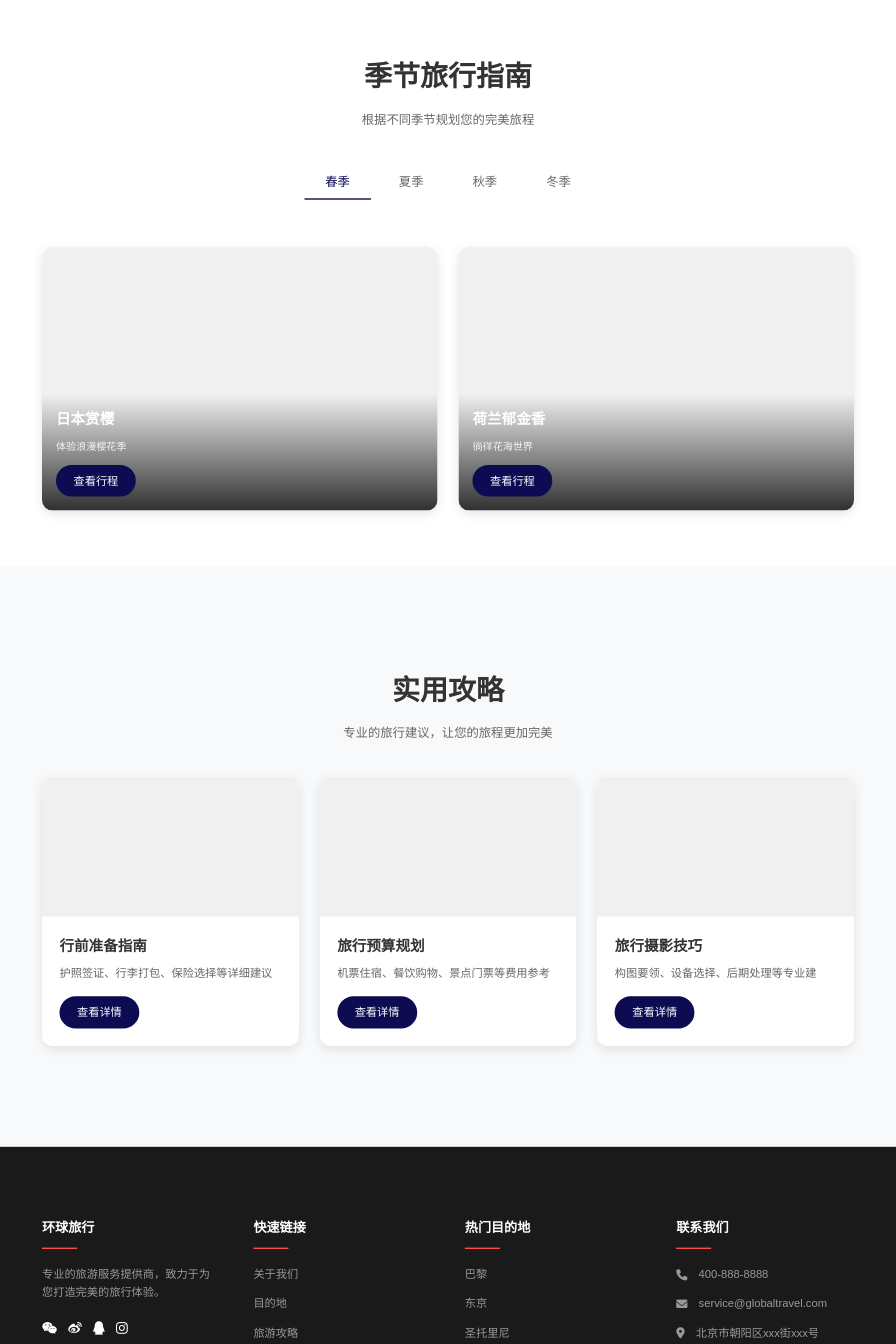
Repository: huang-heavenly-Emperor/travel_1
Page: pages/guide.html
An editor plug-in stored every save of this project. The page is shown before and after the next save, followed by the edit.
The browser window is 1280 px wide. The pictures show the part of the page from y = 1516 to 3436 px (the page is 3590 px tall before and 3560 px after), at 70% of full size.
Empty fields were first filled with sample values (such as "Sample", 5 or name@example.com).
After loading, the first visible `button.tab` was clicked once.

Above is the page before, as saved 2024-11-18 06:00:21.

### pages/guide.html
<!DOCTYPE html>
<html lang="zh-CN">

<head>
  <meta charset="UTF-8">
  <meta name="viewport" content="width=device-width, initial-scale=1.0">
  <title>旅游指南 - 环球旅行</title>
  <link rel="stylesheet" href="../css/themes.css">
  <link rel="stylesheet" href="../css/ux.css">
  <link rel="stylesheet" href="../css/style.css">
  <link rel="stylesheet" href="../css/guide.css">
  <link rel="stylesheet" href="https://cdnjs.cloudflare.com/ajax/libs/font-awesome/6.0.0/css/all.min.css">

  <script src="../js/ux.js" defer></script>
  <script src="../js/theme.js" defer></script>
</head>

<body>
    <!-- 导航栏 -->
    <nav class="main-nav">
      <div class="nav-logo">
          <h1>环球旅行</h1>
      </div>

      <!-- 汉堡菜单按钮 -->
      <div class="hamburger">
          <span></span>
          <span></span>
          <span></span>
      </div>

      <!-- 导航菜单 -->
      <div class="nav-menu">
          <ul class="nav-links">
              <li><a href="../index.html" class="nav-hover">首页</a></li>
              <li><a href="./about.html">关于我们</a></li>
              <li><a href="#">目的地</a></li>
              <li><a href="./guide.html">旅游指南</a></li>
              <li><a href="pages/news-events.html">新闻活动</a></li>
              <li><a href="#">联系我们</a></li>
          </ul>
          <div class="theme-switch">
            <button class="theme-toggle" aria-label="切换主题">
                <i class="fas fa-sun light-icon"></i>
                <i class="fas fa-moon dark-icon"></i>
            </button>
        </div>
          <div class="nav-auth">
              <a href="pages/login.html" class="btn-login">登录</a>
              <a href="pages/register.html" class="btn-register">注册</a>
          </div>
      </div>
  </nav>

  <!-- 页面头部 -->
  <header class="guide-header" style="background-image: url('https://images.unsplash.com/photo-1469474968028-56623f02e42e?w=1600&h=900&auto=format&fit=crop')">
      <div class="header-content">
          <h1>旅游指南</h1>
          <p>探索世界每个角落，发现旅行的无限可能</p>
      </div>
  </header>
  <!-- 主要内容 -->
  <main>
    <!-- 搜索区域 -->
    <section class="search-section">
      <div class="container">
        <div class="search-box">
          <input type="text" placeholder="搜索目的地、攻略、游记...">
          <button type="submit"><i class="fas fa-search"></i></button>
        </div>
        <div class="popular-tags">
          <span>热门搜索：</span>
          <a href="#">日本</a>
          <a href="#">泰国</a>
          <a href="#">马尔代夫</a>
          <a href="#">意大利</a>
        </div>
      </div>
    </section>

    <!-- 目的地推荐 -->
    <section class="destinations">
      <div class="container">
        <div class="section-header">
          <h2>热门目的地</h2>
          <p>发现最受欢迎的旅游胜</p>
        </div>
        <div class="destination-grid">
          <!-- 东京 -->
          <div class="destination-card hover-lift">
            <div class="card-image">
              <img src="https://images.unsplash.com/photo-1540959733332-eab4deabeeaf?w=800&h=600&auto=format&fit=crop" alt="东京" loading="lazy" class="img-scale">
              <span class="destination-tag">亚洲</span>
            </div>
            <div class="card-content scroll-reveal">
              <h3>东京</h3>
              <p>传统与现代交融的未来之城</p>
              <div class="card-meta">
                <span><i class="fas fa-map-marker-alt"></i> 日本</span>
                <span><i class="fas fa-star"></i> 4.8</span>
              </div>
              <a href="#" class="btn-more ripple">了解更多</a>
            </div>
          </div>

          <!-- 巴黎 -->
          <div class="destination-card hover-lift">
            <div class="card-image">
              <img src="https://images.unsplash.com/photo-1502602898657-3e91760cbb34?w=800&h=600&auto=format&fit=crop" alt="巴黎" loading="lazy" class="img-scale">
              <span class="destination-tag">欧洲</span>
            </div>
            <div class="card-content scroll-reveal">
              <h3>巴黎</h3>
              <p>浪漫之都，艺术的殿堂</p>
              <div class="card-meta">
                <span><i class="fas fa-map-marker-alt"></i> 法国</span>
                <span><i class="fas fa-star"></i> 4.7</span>
              </div>
              <a href="#" class="btn-more ripple">了解更多</a>
            </div>
          </div>

          <!-- 巴厘岛 -->
          <div class="destination-card hover-lift">
            <div class="card-image">
              <img src="https://images.unsplash.com/photo-1537996194471-e657df975ab4?w=800&h=600&auto=format&fit=crop" alt="巴厘岛" loading="lazy" class="img-scale">
              <span class="destination-tag">东南亚</span>
            </div>
            <div class="card-content scroll-reveal">
              <h3>巴厘岛</h3>
              <p>热带天堂，自然与文化的完美融合</p>
              <div class="card-meta">
                <span><i class="fas fa-map-marker-alt"></i> 印度尼西亚</span>
                <span><i class="fas fa-star"></i> 4.6</span>
              </div>
              <a href="#" class="btn-more ripple">了解更多</a>
            </div>
          </div>
        </div>
      </div>
    </section>

    <!-- 季节推荐 -->
    <section class="seasonal-guides">
      <div class="container">
        <div class="section-header">
          <h2>季节旅行指南</h2>
          <p>根据不同季节规划您的完美旅程</p>
        </div>
        <div class="season-tabs">
          <button class="tab active" data-season="spring">春季</button>
          <button class="tab" data-season="summer">夏季</button>
          <button class="tab" data-season="autumn">秋季</button>
          <button class="tab" data-season="winter">冬季</button>
        </div>
        <div class="season-content active" id="spring">
          <div class="season-grid">
            <div class="season-item">
              <img src="https://images.unsplash.com/photo-1522383225653-ed111181a951?w=800&h=600&auto=format&fit=crop" alt="春季旅行" loading="lazy">
              <div class="season-info">
                <h3>日本赏樱</h3>
                <p>体验浪漫樱花季</p>
                <a href="#" class="btn-more ripple">查看行程</a>
              </div>
            </div>
            <div class="season-item">
              <img src="https://images.unsplash.com/photo-1465146344425-f00d5f5c8f07?w=800&h=600&auto=format&fit=crop" alt="春季旅行" loading="lazy">
              <div class="season-info">
                <h3>荷兰郁金香</h3>
                <p>徜徉花海世界</p>
                <a href="#" class="btn-more ripple">查看行程</a>
              </div>
            </div>
          </div>
        </div>
      </div>
    </section>

    <!-- 实用攻略 -->
    <section class="travel-tips">
      <div class="container">
        <div class="section-header">
          <h2>实用攻略</h2>
          <p>专业的旅行建议，让您的旅程更加完美</p>
        </div>
        <div class="tips-grid">
          <article class="tip-card">
            <div class="tip-image">
              <img src="https://images.unsplash.com/photo-1527631746610-bca00a040d60?w=800&h=600&auto=format&fit=crop" alt="行前��备" loading="lazy">
            </div>
            <div class="tip-content">
              <h3>行前准备指南</h3>
              <p>护照签证、行李打包、保险选择等详细建议</p>
              <a href="#" class="btn-more ripple">查看详情</a>
            </div>
          </article>

          <article class="tip-card">
            <div class="tip-image">
              <img src="https://images.unsplash.com/photo-1554224155-8d04cb21cd6c?w=800&h=600&auto=format&fit=crop" alt="旅行预算" loading="lazy">
            </div>
            <div class="tip-content">
              <h3>旅行预算规划</h3>
              <p>机票住宿、餐饮购物、景点门票等费用参考</p>
              <a href="#" class="btn-more ripple">查看详情</a>
            </div>
          </article>

          <article class="tip-card">
            <div class="tip-image">
              <img src="https://images.unsplash.com/photo-1452421822248-d4c2b47f0c81?w=800&h=600&auto=format&fit=crop" alt="旅行摄影" loading="lazy">
            </div>
            <div class="tip-content">
              <h3>旅行摄影技巧</h3>
              <p>构图要领、设备选择、后期处理等专业建</p>
              <a href="#" class="btn-more ripple">查看详情</a>
            </div>
          </article>
        </div>
      </div>
    </section>
  </main>

    <!-- 页脚部分 -->
    <footer class="footer">
      <div class="footer-top">
          <div class="container">
              <div class="footer-grid">
                  <!-- 公司简介 -->
                  <div class="footer-company">
                      <h3>环球旅行</h3>
                      <p>专业的旅游服务提供商，致力于为您打造完美的旅行体验。</p>
                      <div class="social-links">
                          <a href="#"><i class="fab fa-weixin"></i></a>
                          <a href="#"><i class="fab fa-weibo"></i></a>
                          <a href="#"><i class="fab fa-qq"></i></a>
                          <a href="#"><i class="fab fa-instagram"></i></a>
                      </div>
                  </div>

                  <!-- 快速链接 -->
                  <div class="footer-links">
                      <h3>快速链接</h3>
                      <ul>
                          <li><a href="pages/about.html">关于我们</a></li>
                          <li><a href="pages/destinations.html">目的地</a></li>
                          <li><a href="pages/travel-tips.html">旅游攻略</a></li>
                          <li><a href="pages/contact.html">联系我们</a></li>
                      </ul>
                  </div>

                  <!-- 热门目的地 -->
                  <div class="footer-destinations">
                      <h3>热门目的地</h3>
                      <ul>
                          <li><a href="#">巴黎</a></li>
                          <li><a href="#">东京</a></li>
                          <li><a href="#">圣托里尼</a></li>
                          <li><a href="#">马尔代夫</a></li>
                      </ul>
                  </div>

                  <!-- 联系方式 -->
                  <div class="footer-contact">
                      <h3>联系我们</h3>
                      <ul>
                          <li><i class="fas fa-phone"></i> 400-888-8888</li>
                          <li><i class="fas fa-envelope"></i> service@globaltravel.com</li>
                          <li><i class="fas fa-map-marker-alt"></i> 北京市朝阳区xxx街xxx号</li>
                      </ul>
                  </div>
              </div>
          </div>
      </div>


  </footer>

  <script src="../js/guide.js"></script>
</body>

</html>

### css/themes.css
:root {
  /* 主题色 */
  --primary-color: #0d0b52;
  --secondary-color: #3458b9;
  --accent-color: #ff4d4d;

  /* 文字颜色 */
  --text-primary: #333333;
  --text-secondary: #666666;
  --text-light: #ffffff;

  /* 背景色 */
  --bg-primary: #ffffff;
  --bg-secondary: #f8f9fa;
  --bg-dark: #333333;

  /* 边框颜色 */
  --border-color: #e5e5e5;

  /* 功能色 */
  --success-color: #28a745;
  --error-color: #dc3545;
  --warning-color: #ffc107;
  --info-color: #17a2b8;
  /* 交互相关 */
  --transition-speed: 0.3s;
  --hover-lift: translateY(-2px);
  --box-shadow: 0 2px 10px rgba(0, 0, 0, 0.1);
  --hover-shadow: 0 5px 15px rgba(0, 0, 0, 0.15);

  /* 间距 */
  --spacing-xs: 0.25rem;
  --spacing-sm: 0.5rem;
  --spacing-md: 1rem;
  --spacing-lg: 2rem;
  --spacing-xl: 4rem;

  /* 圆角 */
  --border-radius-sm: 4px;
  --border-radius-md: 8px;
  --border-radius-lg: 16px;
}

/* 深色主题 */
[data-theme="dark"] {
  --primary-color: #325b97;
  --secondary-color: #9cafeb;
  --text-primary: #e1e1ff;
  --text-secondary: #b8b8b8;
  --bg-primary: #1a1a2e;
  --bg-secondary: #16213e;
  --border-color: #2a2a3a;
}

### css/ux.css
/* 白空间优化 */
.section {
    padding: 4rem 5%;
    margin: 2rem 0;
}

.content-container {
    max-width: 1200px;
    margin: 0 auto;
    padding: 0 1rem;
}

/* 文本可读性优化 */
.text-content {
    line-height: 1.8;
    max-width: 70ch; /* 优化阅读宽度 */
    margin: 0 auto;
}

/* 交互反馈动画 */
.interactive-element {
    transition: all 0.3s ease;
}

.interactive-element:hover {
    transform: translateY(-2px);
    box-shadow: 0 5px 15px rgba(0,0,0,0.1);
}

/* 加载状态提示 */
.loading-skeleton {
    background: linear-gradient(90deg,
        var(--bg-secondary) 25%,
        var(--bg-primary) 50%,
        var(--bg-secondary) 75%
    );
    background-size: 200% 100%;
    animation: loading 1.5s infinite;
}

/* 微动效 */
.micro-animation {
    transition: transform 0.2s ease, opacity 0.2s ease;
}

.micro-animation:hover {
    opacity: 0.8;
}

/* 表单交互优化 */
.form-input {
    padding: 0.8rem 1rem;
    border: 2px solid transparent;
    border-radius: 8px;
    transition: all 0.3s ease;
}

.form-input:focus {
    border-color: var(--primary-color);
    box-shadow: 0 0 0 3px rgba(var(--primary-color-rgb), 0.1);
}

### js/guide.js
// 季节标签切换
document.querySelectorAll('.tab').forEach(tab => {
    tab.addEventListener('click', () => {
        // 移除所有active类
        document.querySelectorAll('.tab').forEach(t => t.classList.remove('active'));
        document.querySelectorAll('.season-content').forEach(c => c.classList.remove('active'));

        // 添加active类到当前标签
        tab.classList.add('active');
        const season = tab.dataset.season;
        document.getElementById(season).classList.add('active');
    });
});

// 目的地卡片动画
const cards = document.querySelectorAll('.destination-card');
const observer = new IntersectionObserver(entries => {
    entries.forEach(entry => {
        if (entry.isIntersecting) {
            entry.target.classList.add('animate');
        }
    });
}, {
    threshold: 0.1
});

cards.forEach(card => observer.observe(card));

// 游记轮播
// ... 轮播逻辑代码 ...

// 图片懒加载优化实现
document.addEventListener('DOMContentLoaded', function() {
    // 检查浏览器是否支持 Intersection Observer
    if ('IntersectionObserver' in window) {
        const imageObserver = new IntersectionObserver((entries, observer) => {
            entries.forEach(entry => {
                if (entry.isIntersecting) {
                    const img = entry.target;
                    loadImage(img);
                    observer.unobserve(img);
                }
            });
        }, {
            // 配置项
            rootMargin: '50px 0px', // 提前50px开始加载
            threshold: 0.1 // 只要显示10%就开始加载
        });

        // 获取所有需要懒加载的图片
        const lazyImages = document.querySelectorAll('img[data-src]');

        lazyImages.forEach(img => {
            // 添加加载占位图
            img.src = 'data:[embedded picture, 78 characters]';
            // 添加loading类用于显示加载效果
            img.classList.add('loading');
            // 观察图片
            imageObserver.observe(img);
        });
    } else {
        // 降级处理：如果浏览器不支持 Intersection Observer
        loadAllImages();
    }
});

// 加载单张图片
function loadImage(img) {
    if (img.dataset.src) {
        const tempImage = new Image();

        tempImage.onload = function() {
            img.src = img.dataset.src;
            img.classList.remove('loading');
            img.classList.add('loaded');
            // 清理 data-src
            img.removeAttribute('data-src');
        };

        tempImage.onerror = function() {
            // 加载失败时显示默认图片
            img.src = 'path/to/fallback-image.jpg';
            img.classList.remove('loading');
            img.classList.add('error');
        };

        tempImage.src = img.dataset.src;
    }
}

// 降级处理：直接加载所有图片
function loadAllImages() {
    const lazyImages = document.querySelectorAll('img[data-src]');

    lazyImages.forEach(img => {
        img.src = img.dataset.src;
        img.removeAttribute('data-src');
    });
}

// 添加错误处理
window.addEventListener('error', function(e) {
    if (e.target.tagName === 'IMG') {
        e.target.src = 'path/to/fallback-image.jpg';
        e.target.classList.remove('loading');
        e.target.classList.add('error');
    }
}, true);

// 滚动显示动画
document.addEventListener('DOMContentLoaded', function() {
    const scrollRevealElements = document.querySelectorAll('.scroll-reveal');

    const observer = new IntersectionObserver((entries) => {
        entries.forEach(entry => {
            if (entry.isIntersecting) {
                entry.target.classList.add('active');
            }
        });
    }, {
        threshold: 0.1,
        rootMargin: '0px 0px -50px 0px'
    });

    scrollRevealElements.forEach(element => {
        observer.observe(element);
    });
});

// 标签页切换动画
function switchTab(tabId) {
    const allContents = document.querySelectorAll('.tab-content');
    allContents.forEach(content => {
        content.classList.add('hidden');
    });

    const selectedContent = document.getElementById(tabId);
    setTimeout(() => {
        selectedContent.classList.remove('hidden');
    }, 300);
}

Loaded but not shown: js/ux.js (44 lines, source omitted); js/theme.js (22 lines, source omitted); css/style.css (1067 lines, source omitted); css/guide.css (467 lines, source omitted)

After the next save:
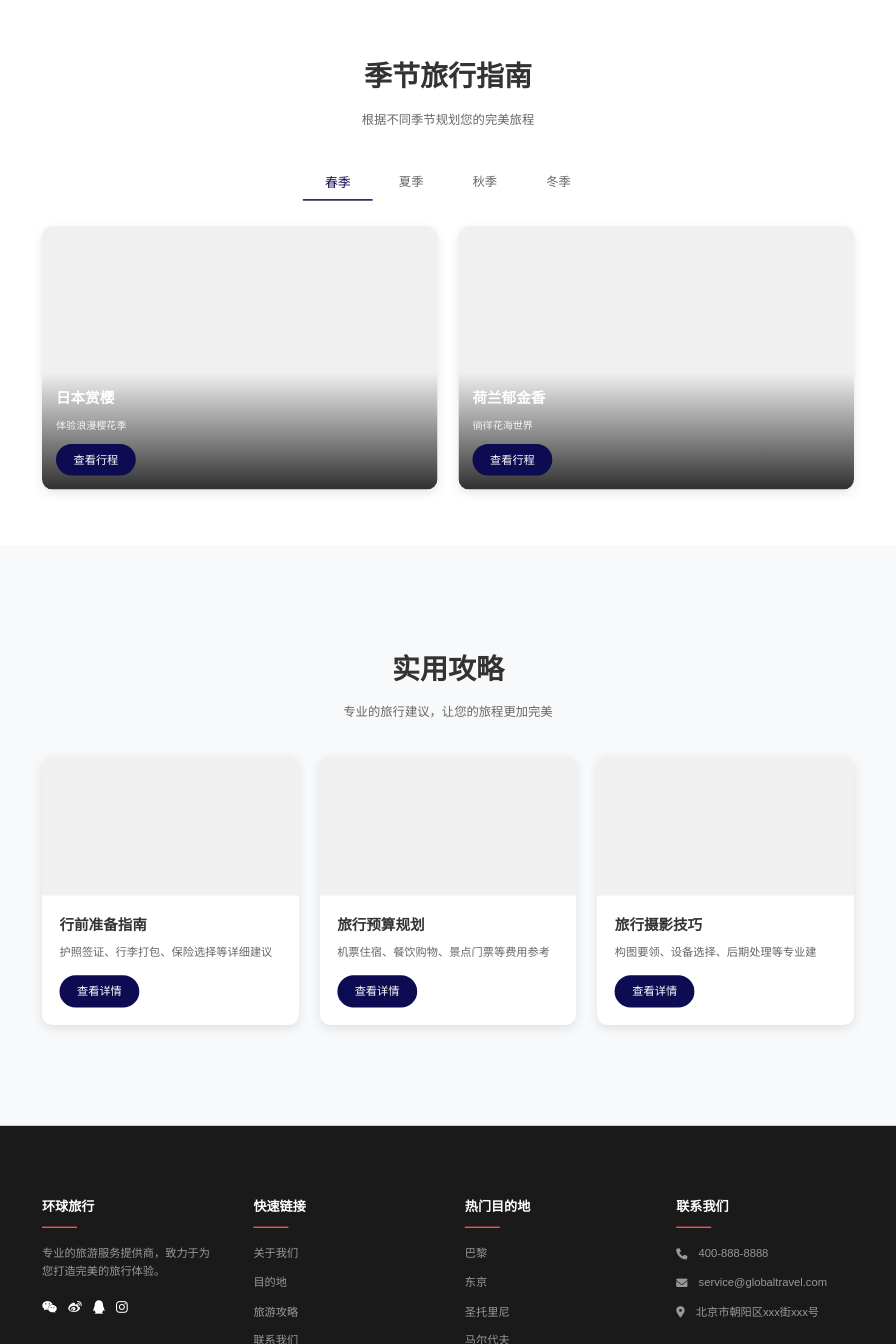
Saved 106 s later.
--- a/js/guide.js
+++ b/js/guide.js
@@ -1,14 +1,32 @@
-// 季节标签切换
+// 季节标签切换增强
 document.querySelectorAll('.tab').forEach(tab => {
     tab.addEventListener('click', () => {
         // 移除所有active类
-        document.querySelectorAll('.tab').forEach(t => t.classList.remove('active'));
-        document.querySelectorAll('.season-content').forEach(c => c.classList.remove('active'));
+        document.querySelectorAll('.tab').forEach(t => {
+            t.classList.remove('active');
+            t.style.transform = 'scale(1)';
+        });
 
-        // 添加active类到当前标签
+        // 添加active类和缩放效果
         tab.classList.add('active');
+        tab.style.transform = 'scale(1.05)';
+
+        // 内容切换动画
+        document.querySelectorAll('.season-content').forEach(content => {
+            content.classList.remove('active');
+            content.style.display = 'none';
+        });
+
         const season = tab.dataset.season;
-        document.getElementById(season).classList.add('active');
+        const targetContent = document.getElementById(season);
+
+        // 显示新内容
+        setTimeout(() => {
+            targetContent.style.display = 'block';
+            setTimeout(() => {
+                targetContent.classList.add('active');
+            }, 50);
+        }, 300);
     });
 });
 
@@ -66,26 +84,21 @@ document.addEventListener('DOMContentLoaded', function() {
 
 // 加载单张图片
 function loadImage(img) {
-    if (img.dataset.src) {
-        const tempImage = new Image();
+    if (!img || !img.dataset.src) return;
 
-        tempImage.onload = function() {
-            img.src = img.dataset.src;
-            img.classList.remove('loading');
-            img.classList.add('loaded');
-            // 清理 data-src
-            img.removeAttribute('data-src');
-        };
+    // 添加加载效果
+    img.classList.add('lazy-image');
 
-        tempImage.onerror = function() {
-            // 加载失败时显示默认图片
-            img.src = 'path/to/fallback-image.jpg';
-            img.classList.remove('loading');
-            img.classList.add('error');
-        };
+    const tempImage = new Image();
+    tempImage.onload = function() {
+        img.src = img.dataset.src;
+        img.classList.add('loaded');
 
-        tempImage.src = img.dataset.src;
-    }
+        // 添加入场动画
+        img.style.animation = 'fadeIn 0.5s ease forwards';
+    };
+
+    tempImage.src = img.dataset.src;
 }
 
 // 降级处理：直接加载所有图片
@@ -139,3 +152,45 @@ function switchTab(tabId) {
         selectedContent.classList.remove('hidden');
     }, 300);
 }
+
+// 卡片动画
+document.querySelectorAll('.destination-card, .tip-card').forEach(card => {
+    card.addEventListener('mouseenter', () => {
+        card.style.transform = 'translateY(-8px)';
+        const image = card.querySelector('img');
+        if (image) {
+            image.style.transform = 'scale(1.1)';
+        }
+    });
+
+    card.addEventListener('mouseleave', () => {
+        card.style.transform = 'translateY(0)';
+        const image = card.querySelector('img');
+        if (image) {
+            image.style.transform = 'scale(1)';
+        }
+    });
+});
+
+// 搜索框焦点效果
+const searchInput = document.querySelector('.search-box input');
+if (searchInput) {
+    searchInput.addEventListener('focus', () => {
+        searchInput.parentElement.style.transform = 'scale(1.02)';
+    });
+
+    searchInput.addEventListener('blur', () => {
+        searchInput.parentElement.style.transform = 'scale(1)';
+    });
+}
+
+// 标签云动画
+document.querySelectorAll('.tag-cloud a').forEach(tag => {
+    tag.addEventListener('mouseenter', () => {
+        tag.style.transform = 'translateY(-2px) scale(1.05)';
+    });
+
+    tag.addEventListener('mouseleave', () => {
+        tag.style.transform = 'translateY(0) scale(1)';
+    });
+});
